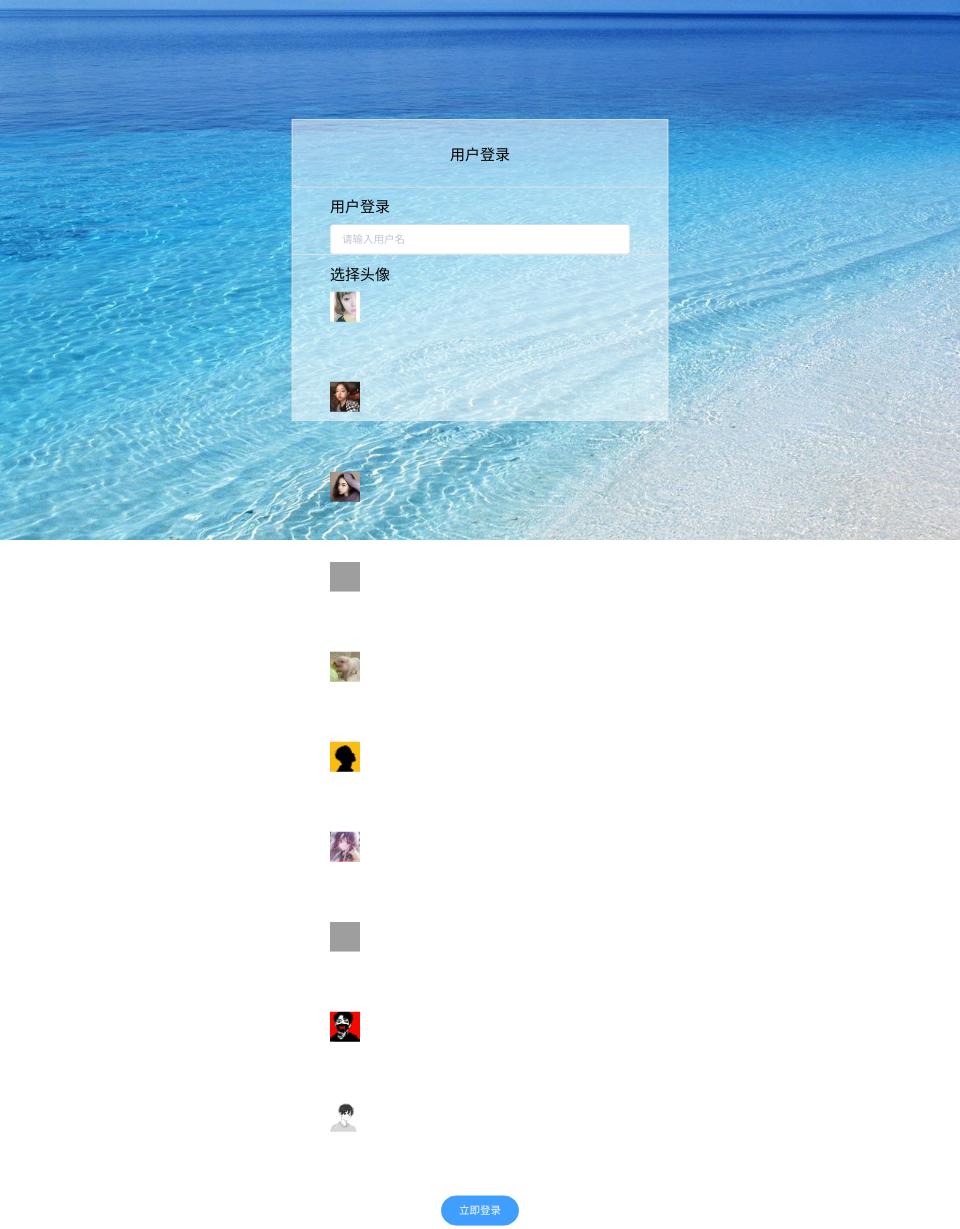
Repository: jinggegeZ/livechat
Page: /login
An editor plug-in stored every save of this project. The page is shown before and after the next save, followed by the edit.
The browser window is 1280 px wide. The pictures show the whole page, at 75% of full size.
Pictures or frames that could not be fetched are drawn as grey boxes. The project was rebuilt for these pictures with package versions that can differ from the ones it lists, and the page was loaded fresh each time. Also part of the build but not shown: src/views/Home.vue.

Above is the page before, as saved 2020-08-17 15:44:40.

After the next save:
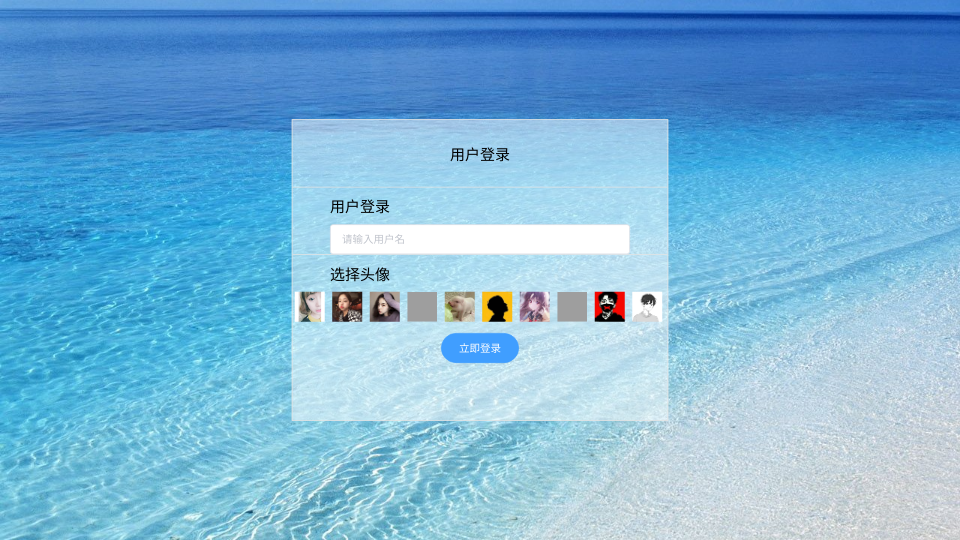
Saved 43 s later.
--- a/src/views/login.vue
+++ b/src/views/login.vue
@@ -111,13 +111,14 @@ export default {
 .imgbox {
   width: 100%;
   display: flex;
-  flex-wrap: wrap;
-  justify-content: space-around;
+  justify-content: center;
 }
 .imgbox1 {
   width: 80%;
-  height: 120px;
-
+  height: 50px;
+  display: flex;
+  flex-wrap: wrap;
+  justify-content: space-around;
 }
 .imgbox1-1 {
   width: 45px;
